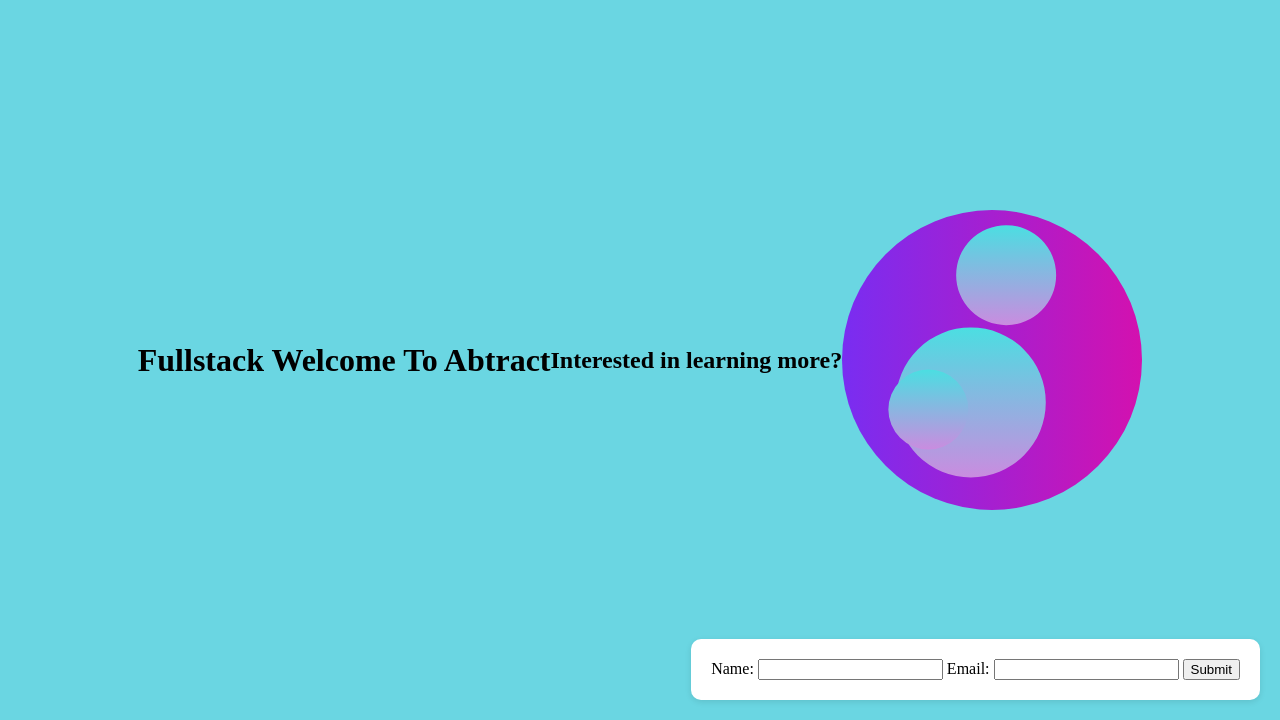
Repository: Melinda-Nanjad-Personal-Website/Personal-web
Page: picasso.html
The author's editor kept a copy of each file at every save. The page is drawn from the files as they stood at one save, then again after the next save.
The browser window is 1280 px wide. The pictures show the whole page.

Above is the page before, as saved 2023-08-18 13:15:38.

### picasso.html
<!DOCTYPE html>
<html lang="en">
  <head>
    <meta charset="UTF-8" />
    <meta name="viewport" content="width=device-width, initial-scale=1.0" />
    <title>Document</title>
  </head>
  <link rel="stylesheet" href="picasso.css" />
  <body>
    <h1>Fullstack Welcome To Abtract</h1>

    <div class="artwork"></div>

    <form class="interested-form" action="formsubmitted.html">
      <label for="name">Name:</label>
      <input type="text" id="name" name="name" required />

      <label for="email">Email:</label>
      <input type="email" id="email" name="email" required />

      <button type="submit">Submit</button>
    </form>
    <!DOCTYPE html>
    <h2>Interested in learning more?</h2>
    <html>
      <head>
        <title>Abstract Painting with CSS</title>
        <style>
          body {
            margin: 0;
            display: flex;
            align-items: center;
            justify-content: center;
            min-height: 100vh;
            background-color: #6ad6e2;
          }

          .abstract-painting {
            width: 300px;
            height: 300px;
            background: linear-gradient(45deg, #6633ff, #e60ba1);
            border-radius: 50%;
            position: relative;
            transform: rotate(45deg);
            overflow: hidden;
          }

          .circle {
            position: absolute;
            width: 100px;
            height: 100px;
            background: linear-gradient(-45deg, #e47bdf, #31efe2);
            border-radius: 50%;
          }

          .circle-1 {
            top: 30px;
            left: 50px;
          }

          .circle-2 {
            top: 120px;
            right: 60px;
            width: 150px;
            height: 150px;
          }

          .circle-3 {
            bottom: 30px;
            left: 100px;
            width: 80px;
            height: 80px;
          }

          /* Styling for the form */
          .interested-form {
            position: fixed;
            bottom: 20px;
            right: 20px;
            background-color: rgb(255, 255, 255);
            padding: 20px;
            border-radius: 10px;
            box-shadow: 0 2px 6px rgba(0, 0, 0, 0.1);
            z-index: 10; /* Ensure the form is on top */
          }
        </style>
      </head>
      <body>
        <div class="abstract-painting">
          <div class="circle circle-1"></div>
          <div class="circle circle-2"></div>
          <div class="circle circle-3"></div>
        </div>
      </body>
    </html>
  </body>
</html>

### picasso.css
/* Reset some default styles */
body,
h1,
h2,
p {
  margin: 0;
  padding: 0;
}

/* Create a container for the artwork */
.artwork {
  display: flex;
  justify-content: center;
  align-items: center;
  min-height: 100vh; /* Viewport height */
  background-color: #a74cd1;
}

.abstract-painting {
  width: 300px;
  height: 300px;
  background: linear-gradient(45deg, #29dedb, #008cba);
  border-radius: 50%;
  position: relative;
  transform: rotate(45deg);
  overflow: hidden;
}

.circle {
  position: absolute;
  width: 100px;
  height: 100px;
  background: linear-gradient(-45deg, #c951b3, #e23d88);
  border-radius: 50%;
}

.circle-1 {
  top: 30px;
  left: 50px;
}

.circle-2 {
  top: 120px;
  right: 60px;
  width: 150px;
  height: 150px;
}

.circle-3 {
  bottom: 30px;
  left: 100px;
  width: 80px;
  height: 80px;
}

/* Styling for the form */
.interested-form {
  position: fixed;
  bottom: 20px;
  right: 20px;
  background-color: rgb(255, 255, 255);
  padding: 20px;
  border-radius: 10px;
  box-shadow: 0 2px 6px rgba(0, 0, 0, 0.1);
  z-index: 10; /* Ensure the form is on top */
}

/* Apply responsive design using media queries */
@media screen and (max-width: 1680px) {
  .artwork {
    background-color: #eee;
  }
}

@media screen and (max-width: 1024px) {
  .interested-form {
    bottom: 10px;
    right: 10px;
  }
}

@media screen and (max-width: 480px) {
  .interested-form {
    bottom: 5px;
    right: 5px;
    padding: 10px;
  }
}

After the next save:
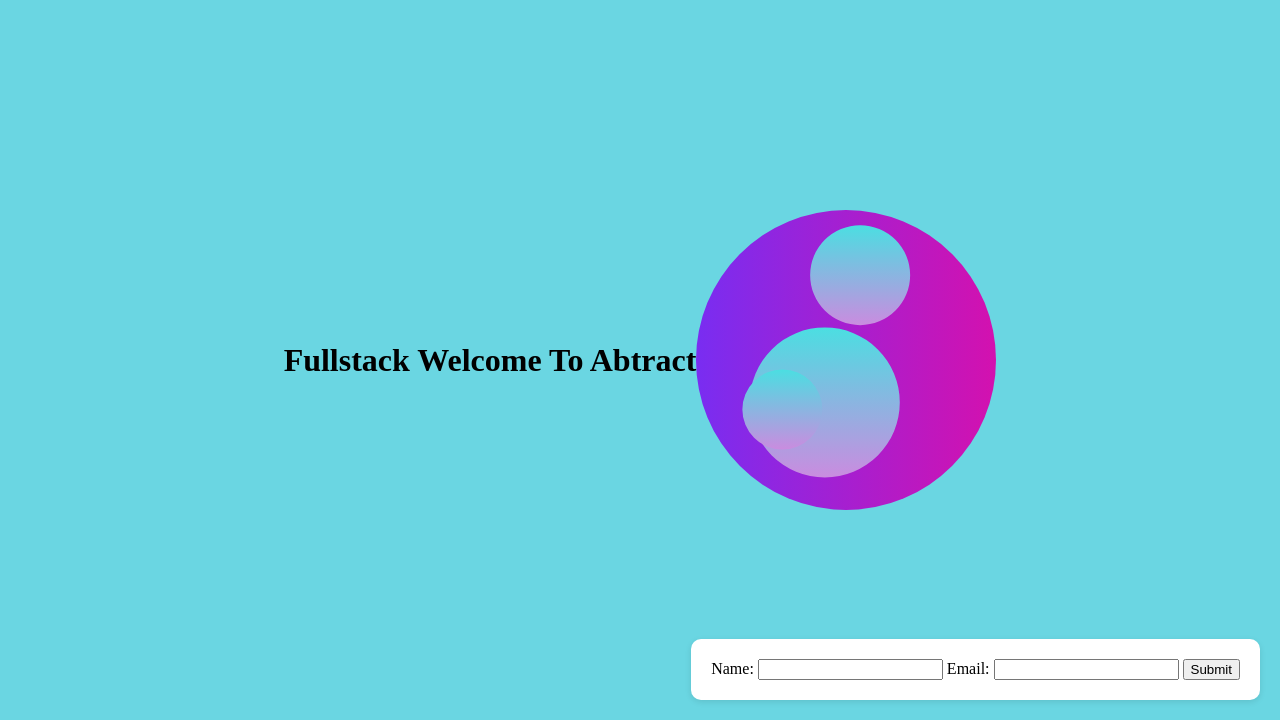
Saved 11 s later.
--- a/picasso.html
+++ b/picasso.html
@@ -21,7 +21,7 @@
       <button type="submit">Submit</button>
     </form>
     <!DOCTYPE html>
-    <h2>Interested in learning more?</h2>
+
     <html>
       <head>
         <title>Abstract Painting with CSS</title>
